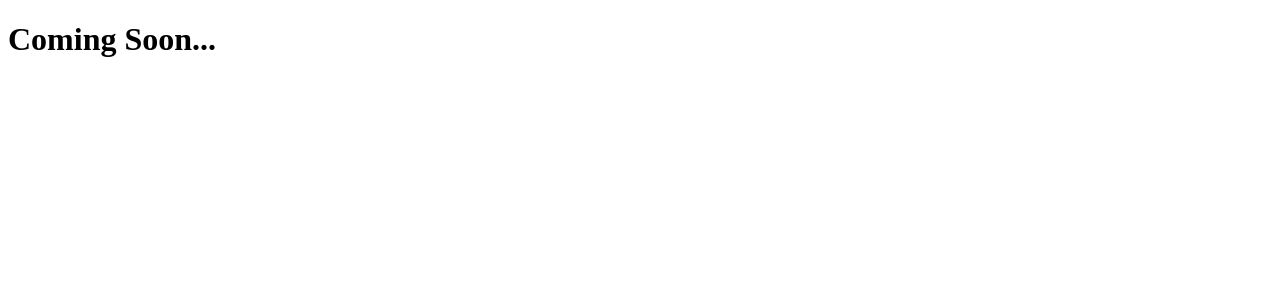
Repository: cpadridev/dotfiles
Page: projects/fime/pages/service.html
The author's editor kept a copy of each file at every save. The page is drawn from the files as they stood at one save, then again after the next save.
The browser window is 1280 px wide. The pictures show the whole page.

Above is the page before, as saved 2022-06-09 14:58:19.

### projects/fime/pages/service.html
<!DOCTYPE html>
<html lang="en">
<head>
    <meta charset="UTF-8">
    <meta http-equiv="X-UA-Compatible" content="IE=edge">
    <meta name="viewport" content="width=device-width, initial-scale=1.0">
    <title>Fimé's Service</title>
</head>
<body>
    <header>

    </header>
    <main>
        <h1 class="coming-soon">Coming Soon...</h1>
    </main>
    <footer>

    </footer>
</body>
</html>

After the next save:
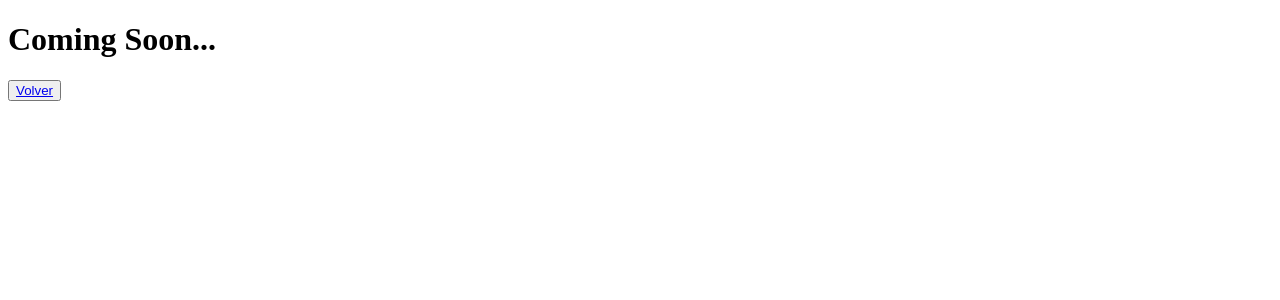
Saved 24 s later.
--- a/projects/fime/pages/service.html
+++ b/projects/fime/pages/service.html
@@ -12,6 +12,9 @@
     </header>
     <main>
         <h1 class="coming-soon">Coming Soon...</h1>
+        <button>
+            <a href="../index.html">Volver</a>
+        </button>
     </main>
     <footer>
 
